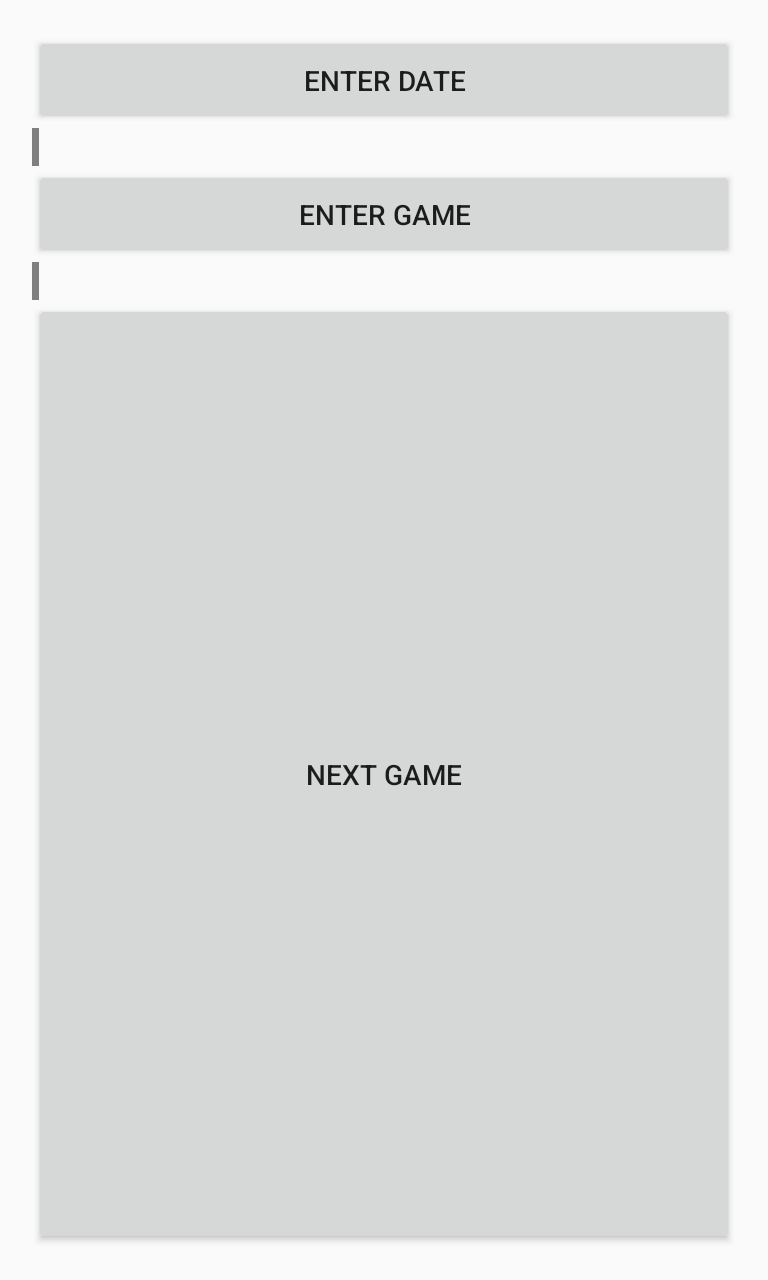
Repository: charlesweng/school
Layout: simpleandroidapps/GettingToKnowUIActivities/charleswengScoringProject/charleswengScoring/res/layout/activity_main.xml
These files come from the project's save history. The layout is drawn as it stood at one moment and after the next save; the edit follows.
Pictures or frames that could not be fetched are drawn as grey boxes. It is drawn on a 768 x 1280 px phone screen (xhdpi) without system bars, with theme AppTheme; the app's code is not run.

Above is the layout before, as saved 2014-04-28 05:39:02.

After the next save:
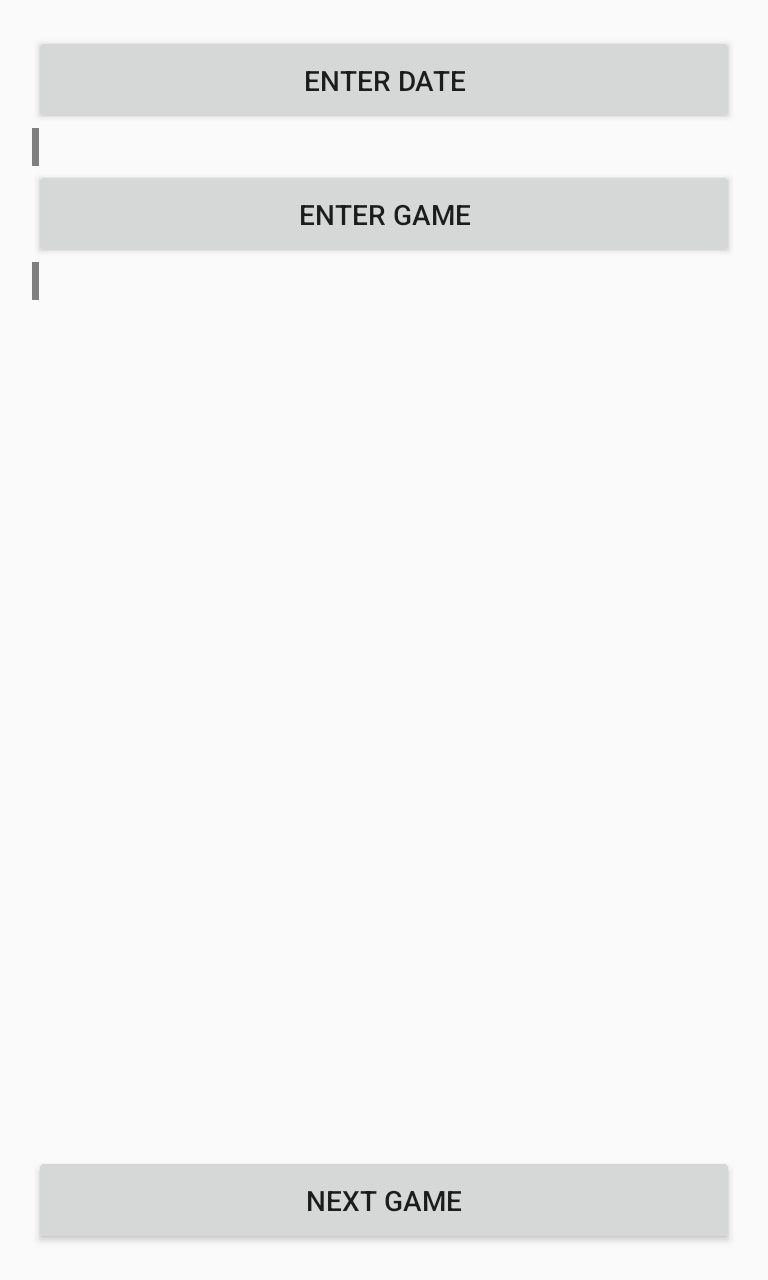
Saved 13 s later.
--- a/simpleandroidapps/GettingToKnowUIActivities/charleswengScoringProject/charleswengScoring/res/layout/activity_main.xml
+++ b/simpleandroidapps/GettingToKnowUIActivities/charleswengScoringProject/charleswengScoring/res/layout/activity_main.xml
@@ -47,8 +47,7 @@
     <Button
         android:id="@+id/nextbutton"
         android:layout_width="fill_parent"
-        android:layout_height="fill_parent"
-        android:layout_below="@+id/fragment_team"
+        android:layout_height="wrap_content"
         android:layout_alignParentBottom="true"
         android:layout_centerHorizontal="true"
         android:onClick="clickNext"
